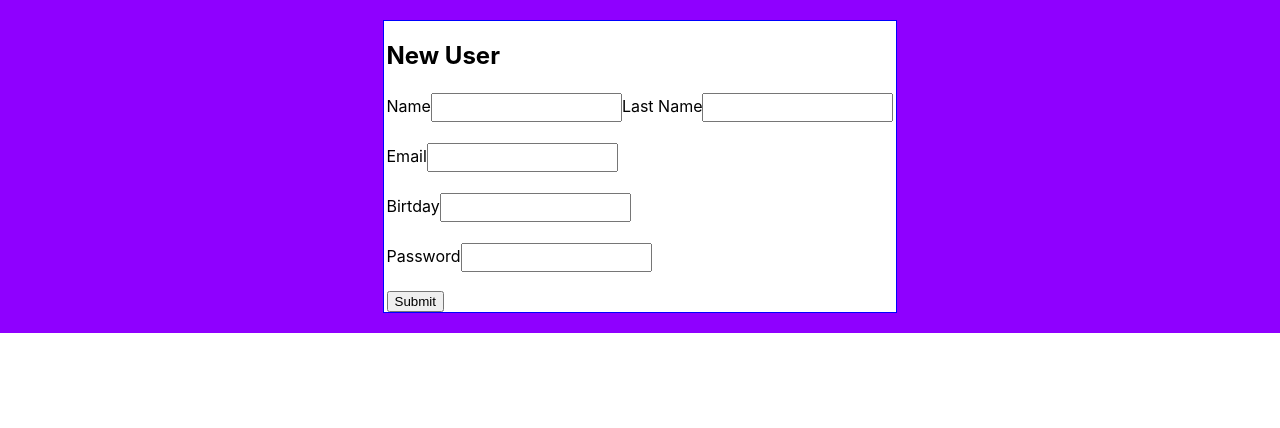
Repository: RobertAries28/CrudUsuarios
Page: /
These files come from the project's save history. The page is drawn as it stood at one moment and after the next save; the edit follows.
The browser window is 1280 px wide. The pictures show the whole page.
The page's requests for data from a server got no answer. The project was rebuilt for these pictures with package versions that can differ from the ones it lists, and the page was loaded fresh each time. No one was signed in, and anything a server would have sent is missing.

Above is the page before, as saved 2022-05-23 19:07:16.

After the next save:
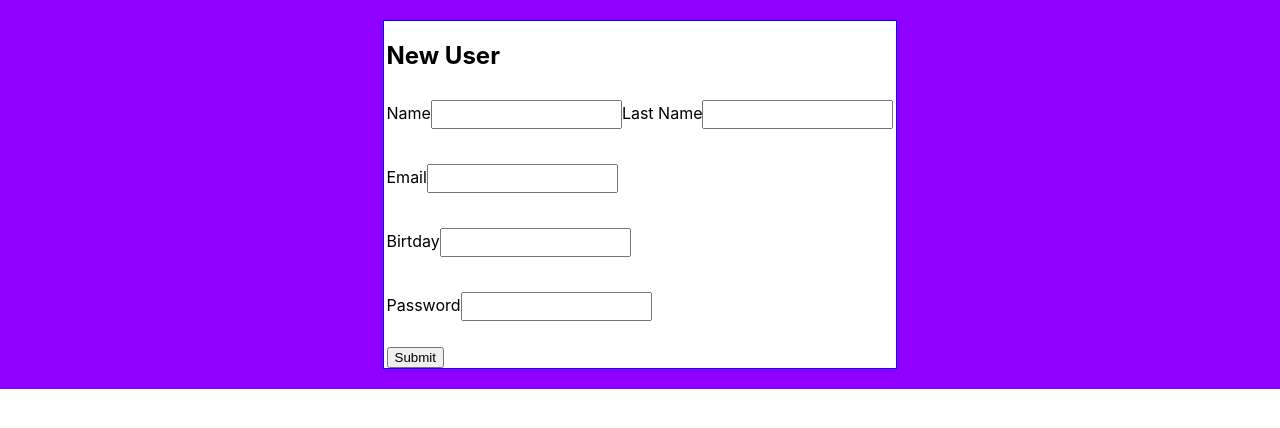
Saved 20 s later.
--- a/src/App.css
+++ b/src/App.css
@@ -38,7 +38,7 @@ ul{
 
 input{
 padding: 5px;
-margin: 3px 0;
+margin: 10px 0;
 }
 
 
